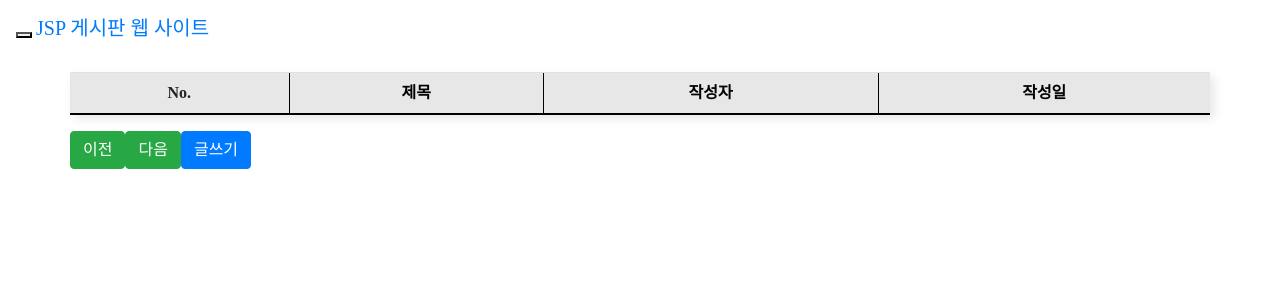
Repository: hz6450/2024-summer-jsp-notice-project
Page: http://localhost/BBS/BBS.jsp
These files come from the project's save history. The page is drawn as it stood at one moment and after the next save; the edit follows.
The browser window is 1280 px wide. The pictures show the whole page.
Some web fonts or font styles are not loaded; a fallback is used. Some web libraries are served in a nearby version. The page is served by Tomcat 10. Other server files are loaded and not shown. Queries for data that is not in the repository find no rows.

Above is the page before, as saved 2024-07-15 04:51:13.

### projects/BBS/src/main/webapp/BBS.jsp
<%@ page language="java" contentType="text/html; charset=UTF-8"
	pageEncoding="UTF-8"%>
<%@ page import="java.io.PrintWriter"%>
<%@ page import="bbs.BbsDAO"%>
<%@ page import="bbs.Bbs"%>
<%@ page import="java.util.ArrayList"%>
<!DOCTYPE html>
<html>

<head>
<meta charset="UTF-8">
<meta name="viewport" content="width=device-width" initial-scale="1">
<link rel="stylesheet" href="css/bootstrap.css">
<link rel="stylesheet" href="css/custom.css">
<title>jsp 게시판 웹 사이트</title>
<style type="text/css">
</style>
</head>

<body>
	<%

	String userID = null;
	if (session.getAttribute("userID") != null) {
		userID = (String) session.getAttribute("userID");

	}
	int pageNumber = 1;
	if (request.getParameter("pageNumber") != null) {
		pageNumber = Integer.parseInt(request.getParameter("pageNumber"));
	}

	%>

	<nav class="navbar navbar-default">
		<div class="navbar-header">
			<button type="button" class="navbar-toggle" data-toggle="collapse"
				data-target="#bs-example-navbar-collapse-1" aria-expanded="false">
				<span class="icon-bar"></span> <span class="icon-bar"></span> <span
					class="icon-bar"></span>
			</button>
			<a class="navbar-brand" href="main.jsp">JSP 게시판 웹 사이트</a>
		</div>
		<div class="collapse navbar-collapse"
			id="bs-example-navbar-collapse-1">
			<ul class="nav navbar-nav">
				<li><a href="main.jsp">메인</a></li>
				<li class="active"><a href="BBS.jsp">게시판</a></li>
			</ul>
		</nav>
			<div class="container">
				<div class="row">
					<table class="table table-striped" id="bbs-table">
						<thead style="box-shadow: 4px 4px 10px rgba(0,0,0,0.1)">
							<tr>
								<th id="bbs-th">No.</th>
								<th id="bbs-th-bor">제목</th>
								<th id="bbs-th-bor">작성자</th>
								<th id="bbs-th-bor">작성일</th>
							</tr>
						</thead>
						<tbody id="bbs-tr">
							<%
							BbsDAO bbsDAO = new BbsDAO();
							ArrayList<Bbs> list = bbsDAO.getList(pageNumber);
							for (int i = 0; i < list.size(); i++) {
							%>
							<tr>
								<td id=""><%= list.get(i).getBbsId() %></td>
								<td id="bbs-td-bor"><a href="view.jsp?bbsID=<%=list.get(i).getBbsId()%>">
										<%= list.get(i).getBbsTitle() %></a></td>
								<td id="bbs-td-bor"><%= list.get(i).getUserID() %></td>
								<td id="bbs-td-bor"><%= list.get(i).getBbsDate().substring(0, 11) + list.get(i).getBbsDate().substring(11, 13) + "시" + list.get(i).getBbsDate().substring(14, 16) + "분" %></td>
							</tr>
						</tbody>
						<%
						}
						%>

					</table>
					<a href="BBS.jsp?pageNumber=<%=pageNumber -1 %>" class="btn btn-success btn-arrow-left">이전</a>
					<a href="BBS.jsp?pageNumber=<%=pageNumber +1 %>" class="btn btn-success btn-arrow-left" style="align:center">다음</a>


					<a href="write.jsp" class="btn btn-primary pull-right">글쓰기</a>
				</div>
			</div>

		</div>



	<script src="https://code.jquery.com/jquery-3.1.1.min.js"></script>
	<script src="js/bootstrap.js"></script>

</body>

</html>

### projects/BBS/src/main/java/bbs/BbsDAO.java
package bbs;

import java.sql.Connection;
import java.sql.DriverManager;
import java.sql.PreparedStatement;
import java.sql.ResultSet;
import java.util.ArrayList;

public class BbsDAO {

	private Connection conn;
	private ResultSet rs;

	public BbsDAO() {
		try {
			String dbURL = "jdbc:mysql://localhost:3306/BBS";
			String dbID = "root";
			String dbPassword = "6450";
			Class.forName("com.mysql.jdbc.Driver");
			conn = DriverManager.getConnection(dbURL, dbID, dbPassword);
		} catch (Exception e) {
			e.printStackTrace();
		}
	}

	public String getDate() {
		String SQL = "SELECT NOW()";
		try {
			PreparedStatement pstmt = conn.prepareStatement(SQL);
			rs = pstmt.executeQuery();
			if (rs.next()) {
				return rs.getString(1);
			}
		} catch (Exception e) {
			e.printStackTrace();
		}
		return "";
	}

	public int getNext() {
		String SQL = "SELECT bbsID FROM BBS ORDER BY bbsID DESC";
		try {
			PreparedStatement pstmt = conn.prepareStatement(SQL);
			rs = pstmt.executeQuery();
			if (rs.next()) {
				return rs.getInt(1) + 1;
			}
		} catch (Exception e) {
			e.printStackTrace();
		}
		return 1;
	}

	public int write(String bbsTitle, String userID, String bbsContent) {
		String SQL = "INSERT INTO BBS VALUE(?,?,?,?,?,?)";
		try {
			PreparedStatement pstmt = conn.prepareStatement(SQL);

			pstmt.setInt(1, getNext());
			pstmt.setString(2, bbsTitle);
			pstmt.setString(3, userID);
			pstmt.setString(4, getDate());
			pstmt.setString(5, bbsContent);
			pstmt.setInt(6, 1);

			return pstmt.executeUpdate();
		} catch (Exception e) {
			e.printStackTrace();
		}
		return -1;
	}

	public ArrayList<Bbs> getList(int pageNumber) {
		String SQL = "SELECT * From BBS WHERE bbsID < ? AND bbsAvailable = 1 ORDER BY bbsID DESC LIMIT 5";
		ArrayList<Bbs> list = new ArrayList<Bbs>();
		try {
			PreparedStatement pstmt = conn.prepareStatement(SQL);
			pstmt.setInt(1, getNext() - (pageNumber - 1) * 5);
			rs = pstmt.executeQuery();
			while (rs.next()) {
				Bbs bbs = new Bbs();
				bbs.setBbsId(rs.getInt(1));
				bbs.setBbsTitle(rs.getString(2));
				bbs.setUserID(rs.getString(3));
				bbs.setBbsDate(rs.getString(4));
				bbs.setBbsContent(rs.getString(5));
				bbs.setBbsAvailable(rs.getInt(6));
				list.add(bbs);
			}
		} catch (Exception e) {
			e.printStackTrace();
		}
		return list;
	}

	public boolean nextPage(int pageNumber) {
		String SQL = "SELECT * From BBS WHERE bbsAvailable = 1 ORDER BY bbsID DESC LIMIT 20";
		try {
			PreparedStatement pstmt = conn.prepareStatement(SQL);
			pstmt.setInt(1, getNext() - (pageNumber - 1) * 5);
			rs = pstmt.executeQuery();
			if (rs.next()) {
				return true;
			}
		} catch (Exception e) {
			e.printStackTrace();
		}
		return false;
	}

	public Bbs getBbs(int bbsID) {
		String SQL = "SELECT * FROM BBS WHERE bbsID = ?";
		try {
			PreparedStatement pstmt = conn.prepareStatement(SQL);
			pstmt.setInt(1, bbsID);
			rs = pstmt.executeQuery();
			if (rs.next()) {
				Bbs bbs = new Bbs();
				bbs.setBbsId(rs.getInt(1));
				bbs.setBbsTitle(rs.getString(2));
				bbs.setUserID(rs.getString(3));
				bbs.setBbsDate(rs.getString(4));
				bbs.setBbsContent(rs.getString(5));
				bbs.setBbsAvailable(rs.getInt(6));
				return bbs;
			}
		} catch (Exception e) {
			e.printStackTrace();
		}
		return null;
	}

	public int update(int bbsID, String bbsTitle, String bbsContent) {
		String SQL = "UPDATE BBS SET bbsTitle = ?, bbsContent= ? WHERE bbsID = ?";
		try {
			PreparedStatement pstmt = conn.prepareStatement(SQL);

			pstmt.setString(1, bbsTitle);
			pstmt.setString(2, bbsContent);
			pstmt.setInt(3, bbsID);

			return pstmt.executeUpdate();
		} catch (Exception e) {
			e.printStackTrace();
		}
		return -1;
	}

	public int delete(int bbsID) {
		String SQL = "DELETE FROM BBS WHERE bbsID = ?";
		try {
			PreparedStatement pstmt = conn.prepareStatement(SQL);
			pstmt.setInt(1, bbsID);

			return pstmt.executeUpdate();
		} catch (Exception e) {
			e.printStackTrace();
		}
		return -1;
	}
}

### projects/BBS/src/main/webapp/css/custom.css
@import url(http://fonts.googleapis.com/earlyaccess/nanumgothic.css);

@import url(http://fonts.googleapis.com/earlyaccess/hanna.css);

* {
	font-family: "Nanum Gothic";
}

h1 {
	font-family: "Hanna";
}

#bbs-table {
  border-collapse: collapse;
  margin: 1rem auto;
  background-color: white;
}

td {
  padding: 8px;
  text-align: left;
  border-bottom: 1px solid #ddd;
  text-align: center;
}

#bbs-th {
  padding: 8px;
  text-align: left;
  text-align: center;
  border-bottom: 2px solid #000;
  background-color: #E7E7E7;

}

#bbs-th-bor {
  padding: 8px;
  text-align: left;
  text-align: center;
  border-bottom: 2px solid #000;
  border-left: 1px solid #000;
  background-color: #E7E7E7;
  color: #000;
}

#bbs-td-bor {
  text-align: left;
  text-align: center;
  border-left: 1px solid #000;
  color: #000;
}

.btn-next{
	position: absolute;
  top:50%;
  background-color:#0a0a23;
  color: #fff;
  border:none;
}

Loaded but not shown: projects/BBS/src/main/webapp/css/bootstrap.css (library); projects/BBS/src/main/webapp/js/bootstrap.js (library)

After the next save:
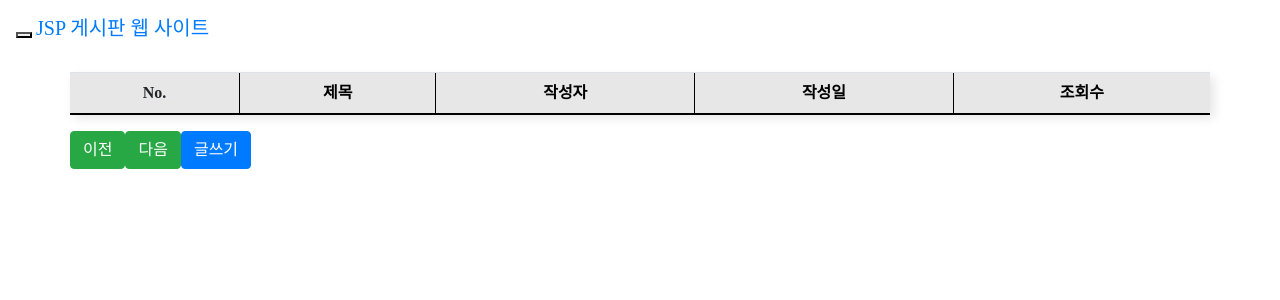
Saved 2 min 32 s later.
--- a/projects/BBS/src/main/webapp/BBS.jsp
+++ b/projects/BBS/src/main/webapp/BBS.jsp
@@ -57,6 +57,7 @@
 								<th id="bbs-th-bor">제목</th>
 								<th id="bbs-th-bor">작성자</th>
 								<th id="bbs-th-bor">작성일</th>
+								<th id="bbs-th-bor">조회수</th>
 							</tr>
 						</thead>
 						<tbody id="bbs-tr">
